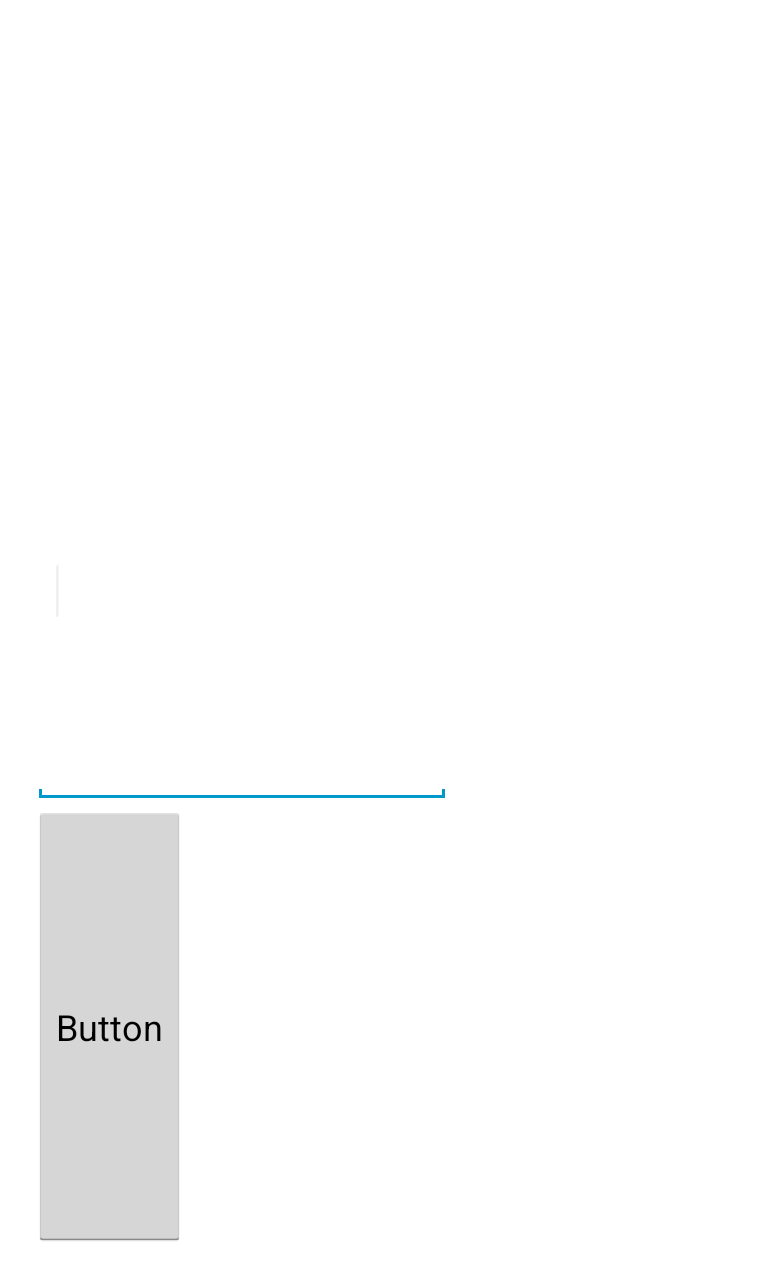
Repository: brayanpastor/Clases_Android
Layout: mejor_listado/res/layout/activity_main.xml
The author's editor kept a copy of each file at every save. The layout is drawn from the files as they stood at one save, then again after the next save.
It is drawn on a 768 x 1280 px phone screen (xhdpi) without system bars, with theme AppTheme; the app's code is not run. Lists and similar views that code fills are empty.

Above is the layout before, as saved 2014-06-03 00:06:24.

### mejor_listado/res/layout/activity_main.xml
<LinearLayout xmlns:android="http://schemas.android.com/apk/res/android"
    xmlns:tools="http://schemas.android.com/tools"
    android:layout_width="match_parent"
    android:layout_height="match_parent"
    android:paddingBottom="@dimen/activity_vertical_margin"
    android:paddingLeft="@dimen/activity_horizontal_margin"
    android:paddingRight="@dimen/activity_horizontal_margin"
    android:paddingTop="@dimen/activity_vertical_margin"
    android:orientation="vertical"
    tools:context="com.example.mejor_listado.MainActivity$PlaceholderFragment" >

    <ListView
        android:id="@+id/listView1"
        android:layout_width="match_parent"
        android:layout_height="wrap_content"
        android:layout_weight="1" >
    </ListView>

    <EditText
        android:id="@+id/editText1"
        android:layout_width="wrap_content"
        android:layout_height="wrap_content"
        android:layout_weight="1"
        android:ems="10"
        android:inputType="textPersonName" >

        <requestFocus />
    </EditText>

    <Button
        android:id="@+id/button1"
        android:layout_width="wrap_content"
        android:layout_height="wrap_content"
        android:layout_weight="1"
        android:text="Button" />

</LinearLayout>

Loaded but not shown: mejor_listado/res/values/styles.xml (common file); mejor_listado/res/values-v11/styles.xml (common file); mejor_listado/res/values-v14/styles.xml (common file); mejor_listado/res/values/dimens.xml (common file); mejor_listado/res/values-w820dp/dimens.xml (common file)

After the next save:
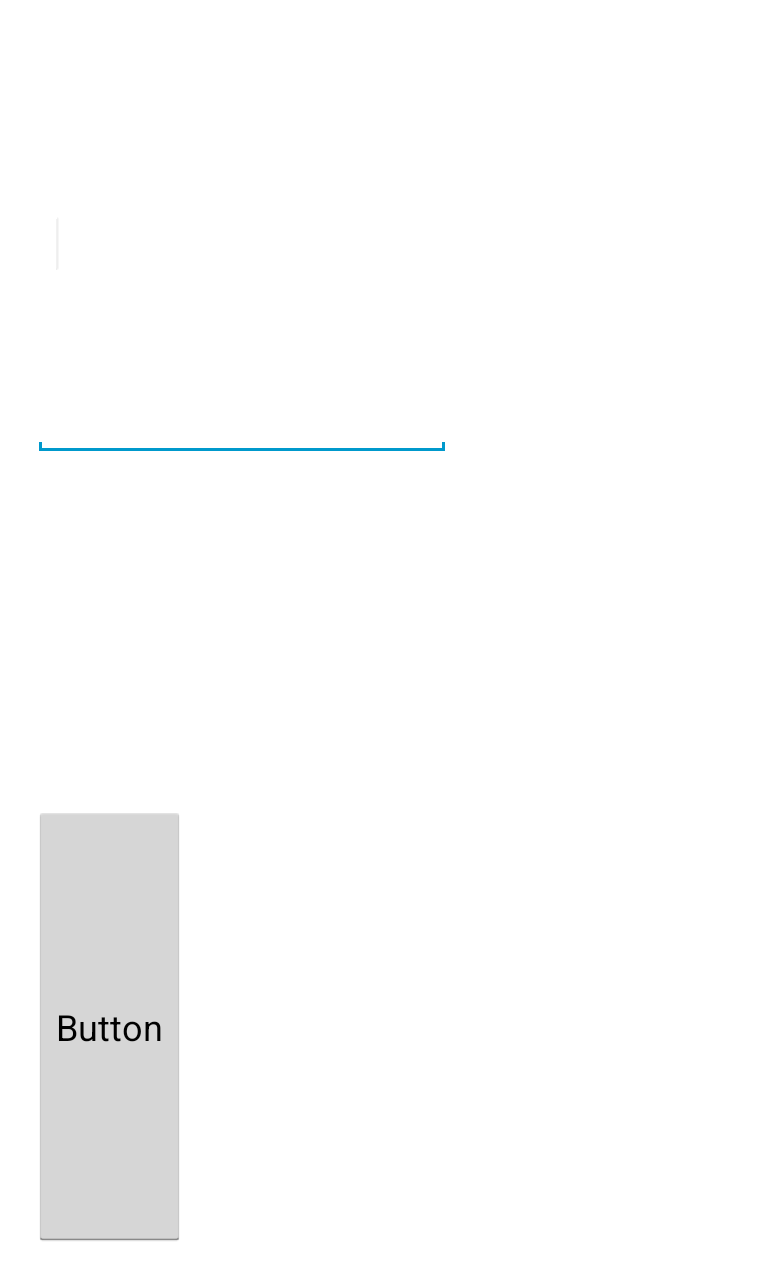
Saved 23 s later.
--- a/mejor_listado/res/layout/activity_main.xml
+++ b/mejor_listado/res/layout/activity_main.xml
@@ -9,15 +9,9 @@
     android:orientation="vertical"
     tools:context="com.example.mejor_listado.MainActivity$PlaceholderFragment" >
 
-    <ListView
-        android:id="@+id/listView1"
-        android:layout_width="match_parent"
-        android:layout_height="wrap_content"
-        android:layout_weight="1" >
-    </ListView>
 
-    <EditText
-        android:id="@+id/editText1"
+        <EditText
+        android:id="@+id/edit_name"
         android:layout_width="wrap_content"
         android:layout_height="wrap_content"
         android:layout_weight="1"
@@ -26,6 +20,14 @@
 
         <requestFocus />
     </EditText>
+    <ListView
+        android:id="@+id/listView1"
+        android:layout_width="match_parent"
+        android:layout_height="wrap_content"
+        android:layout_weight="1" >
+    </ListView>
+
+
 
     <Button
         android:id="@+id/button1"
